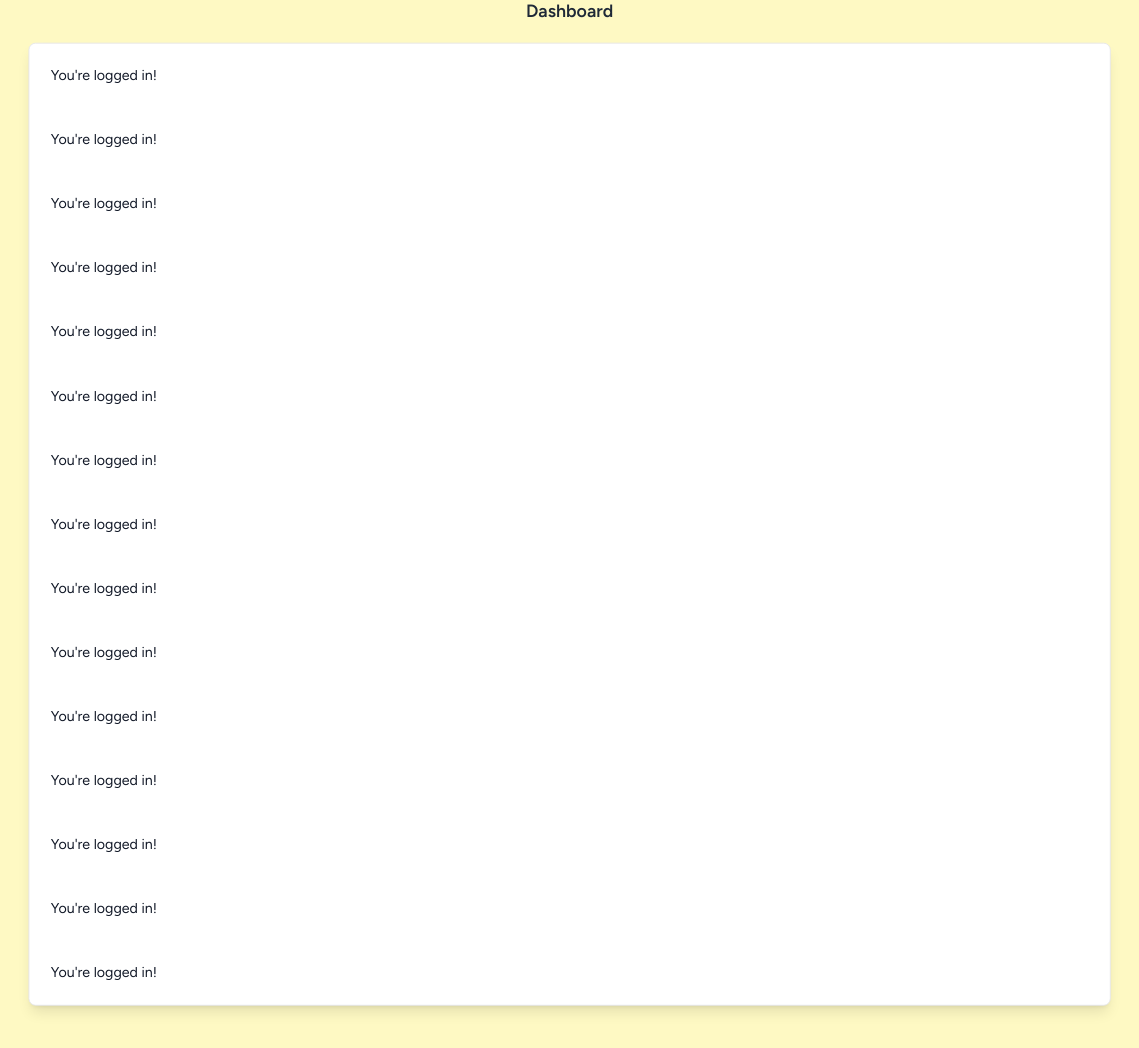
Repository: RudyAnconi/grocery
Page: resources/views/dashboard.blade.php
The author's editor kept a copy of each file at every save. The page is drawn from the files as they stood at one save, then again after the next save.
The browser window is 1280 px wide. The pictures show the whole page, at 89% of full size.
The page is served by the project's Laravel application, run on PHP 8.4 with Laravel 12. Other server files are loaded and not shown. Style sheets and scripts are compiled from the project's sources, by tool versions that may differ from the author's. The template is opened directly, without the code that normally fills it, so the values that code supplies are empty.

Above is the page before, as saved 2024-06-07 20:38:58.

### resources/views/dashboard.blade.php
<x-app-layout>
    <x-slot name="header">
        <h2 class="font-semibold text-xl text-gray-800 leading-tight text-center fixed inset-0">
            {{ __('Dashboard') }}
        </h2>
    </x-slot>

    <div class="pb-12">
        <div class="max-w-7xl mx-auto sm:px-6 lg:px-8">
            <div class="bg-white overflow-hidden shadow-lg border border-gray-200 sm:rounded-lg">
                <div class="p-6 text-gray-900">
                    {{ __("You're logged in!") }}
                </div>
                <div class="p-6 text-gray-900">
                    {{ __("You're logged in!") }}
                </div>
                <div class="p-6 text-gray-900">
                    {{ __("You're logged in!") }}
                </div>
                <div class="p-6 text-gray-900">
                    {{ __("You're logged in!") }}
                </div>
                <div class="p-6 text-gray-900">
                    {{ __("You're logged in!") }}
                </div>
                <div class="p-6 text-gray-900">
                    {{ __("You're logged in!") }}
                </div>
                <div class="p-6 text-gray-900">
                    {{ __("You're logged in!") }}
                </div>
                <div class="p-6 text-gray-900">
                    {{ __("You're logged in!") }}
                </div>
                <div class="p-6 text-gray-900">
                    {{ __("You're logged in!") }}
                </div>
                <div class="p-6 text-gray-900">
                    {{ __("You're logged in!") }}
                </div>
                <div class="p-6 text-gray-900">
                    {{ __("You're logged in!") }}
                </div>
                <div class="p-6 text-gray-900">
                    {{ __("You're logged in!") }}
                </div>
                <div class="p-6 text-gray-900">
                    {{ __("You're logged in!") }}
                </div>
                <div class="p-6 text-gray-900">
                    {{ __("You're logged in!") }}
                </div>
                <div class="p-6 text-gray-900">
                    {{ __("You're logged in!") }}
                </div>
            </div>
        </div>
    </div>
</x-app-layout>

### resources/views/layouts/app.blade.php
<!DOCTYPE html>
<html lang="{{ str_replace('_', '-', app()->getLocale()) }}">

<head>
    <meta charset="utf-8">
    <meta name="viewport" content="width=device-width, initial-scale=1">
    <meta name="csrf-token" content="{{ csrf_token() }}">

    <title>{{ config('app.name', 'Laravel') }}</title>

    <!-- Fonts -->
    <link rel="preconnect" href="https://fonts.bunny.net">
    <link href="https://fonts.bunny.net/css?family=figtree:400,500,600&display=swap" rel="stylesheet" />

    <!-- Scripts -->
    @vite(['resources/css/app.css', 'resources/js/app.js'])
</head>

<body class="font-sans antialiased">
    <livewire:layout.navigation />
    <div class="min-h-screen bg-yellow-100">

        <!-- Page Heading -->
        @if (isset($header))
            <header class="bg-transparent">
                <div class="max-w-7xl mx-auto py-6 px-4 sm:px-6 lg:px-8">
                    {{ $header }}
                </div>
            </header>
        @endif

        <!-- Page Content -->
        <main>
            {{ $slot }}
        </main>
    </div>
</body>

</html>

Loaded but not shown: routes/web.php (common file); routes/auth.php (common file); app/Http/Controllers/Auth/VerifyEmailController.php (common file); app/Http/Controllers/Controller.php (common file); app/View/Components/AppLayout.php (common file); resources/css/app.css (common file); tailwind.config.js (common file)

After the next save:
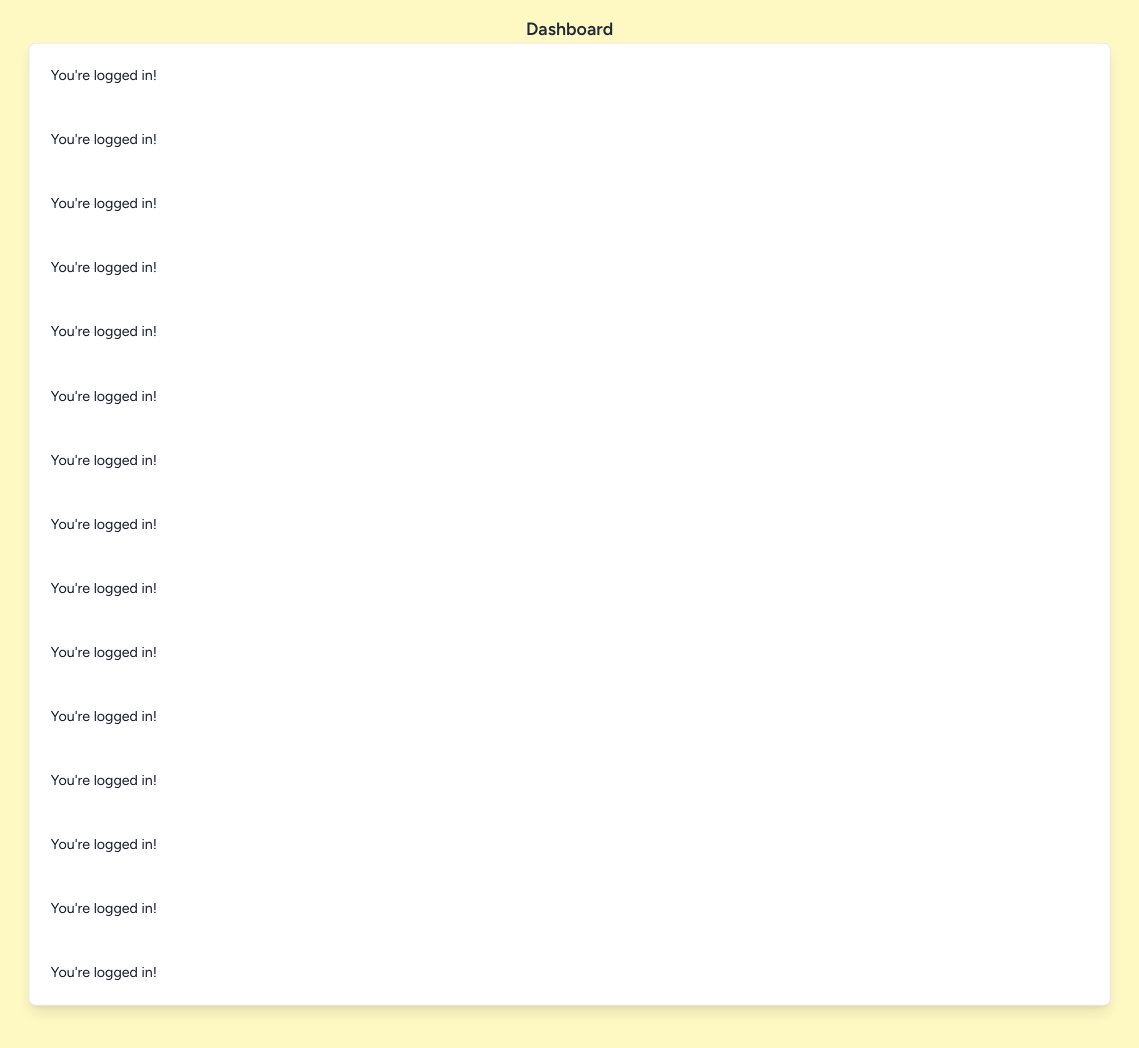
Saved 7 s later.
--- a/resources/views/dashboard.blade.php
+++ b/resources/views/dashboard.blade.php
@@ -1,6 +1,6 @@
 <x-app-layout>
     <x-slot name="header">
-        <h2 class="font-semibold text-xl text-gray-800 leading-tight text-center fixed inset-0">
+        <h2 class="font-semibold text-xl text-gray-800 leading-tight text-center fixed inset-0 p-5">
             {{ __('Dashboard') }}
         </h2>
     </x-slot>
